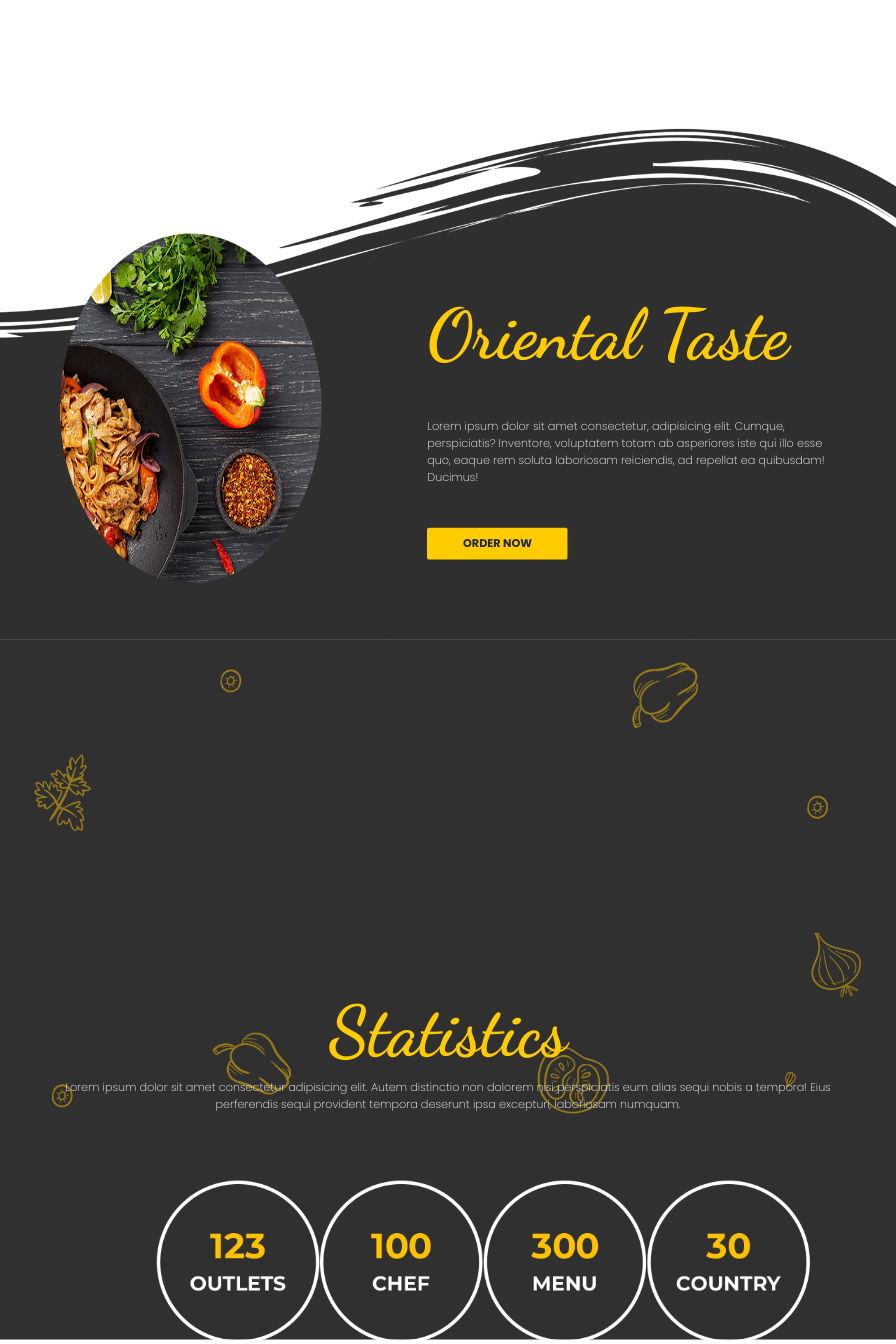
Repository: iphoneboy46/templateRestaurent
Page: index.html
An editor plug-in stored every save of this project. The page is shown before and after the next save, followed by the edit.
The browser window is 1280 px wide. The pictures show the part of the page from y = 1671 to 3591 px (the page is 3591 px tall before and 3585 px after), at 70% of full size.

Above is the page before, as saved 2022-10-12 16:23:46.

### index.html
<!DOCTYPE html>
<html lang="en">

<head>
    <meta charset="UTF-8">
    <meta http-equiv="X-UA-Compatible" content="IE=edge">
    <meta name="viewport" content="width=device-width, initial-scale=1.0">
    <link rel="stylesheet" href="https://cdn.jsdelivr.net/npm/bootstrap@4.3.1/dist/css/bootstrap.min.css"
        integrity="sha384-ggOyR0iXCbMQv3Xipma34MD+dH/1fQ784/j6cY/iJTQUOhcWr7x9JvoRxT2MZw1T" crossorigin="anonymous">
    <script src="https://code.jquery.com/jquery-3.3.1.slim.min.js"
        integrity="sha384-q8i/X+965DzO0rT7abK41JStQIAqVgRVzpbzo5smXKp4YfRvH+8abtTE1Pi6jizo"
        crossorigin="anonymous"></script>
    <script src="https://cdn.jsdelivr.net/npm/popper.js@1.14.7/dist/umd/popper.min.js"
        integrity="sha384-UO2eT0CpHqdSJQ6hJty5KVphtPhzWj9WO1clHTMGa3JDZwrnQq4sF86dIHNDz0W1"
        crossorigin="anonymous"></script>
    <script src="https://cdn.jsdelivr.net/npm/bootstrap@4.3.1/dist/js/bootstrap.min.js"
        integrity="sha384-JjSmVgyd0p3pXB1rRibZUAYoIIy6OrQ6VrjIEaFf/nJGzIxFDsf4x0xIM+B07jRM"
        crossorigin="anonymous"></script>
    <link rel="stylesheet" href="https://cdnjs.cloudflare.com/ajax/libs/font-awesome/6.2.0/css/all.min.css"
        integrity="sha512-xh6O/CkQoPOWDdYTDqeRdPCVd1SpvCA9XXcUnZS2FmJNp1coAFzvtCN9BmamE+4aHK8yyUHUSCcJHgXloTyT2A=="
        crossorigin="anonymous" referrerpolicy="no-referrer" />
    <link rel="stylesheet" href="style.css">
    <title>Document</title>
</head>

<body>
    <header class="header container-fluid">
        <nav class="menu__list pt-3">
           <div class="logo">
                <a class="navbar-brand">
                    <img src="images/logo.png" alt="">
                </a>
           </div>
            <ul class="menu__items">
                <li class="nav-item">
                    <a class="nav-link text-white" href="#">Home</a>
                </li>
                <li class="nav-item">
                    <a class="nav-link text-white" href="#">Product</a>
                </li>
                <li class="nav-item">
                    <a class="nav-link text-white" href="#">Promo</a>
                </li>
                <li class="nav-item">
                    <a class="nav-link text-white" href="#">About</a>
                </li>
                <li class="nav-item">
                    <a class="nav-link text-white" href="#">Contact</a>
                </li>
            </ul>
            <div class="item--search">
                <i class="fa-solid fa-magnifying-glass"></i>
            </div>
        </nav>
        <div class="header__content">
            <h1>Title Here</h1>
            <p>Lorem ipsum dolor sit amet consectetur, adipisicing elit. Cumque, perspiciatis? Inventore, voluptatem totam ab asperiores iste qui illo esse quo, eaque rem soluta laboriosam reiciendis, ad repellat ea quibusdam! Ducimus!</p>
            <button type="button" class="btn">ORDER NOW</button>
        </div>
    </header>
    <section class="section">
        <div class="section__best-seller container">
            <h1>Best seller</h1>
            <p>Lorem ipsum dolor sit amet consectetur adipisicing elit. Autem distinctio non dolorem nisi perspiciatis eum alias sequi nobis a tempora! Eius perferendis sequi provident tempora deserunt ipsa excepturi, laboriosam numquam.</p>
            <div class="section__best-seller--list">
                <div class="section__best-seller--item">
                    <div>
                        <img src="images/img1.png" alt="">
                    </div>
                    <div>
                        <h2>Title Here</h2>
                    </div>
                    <div>
                        <p>Lorem ipsum dolor sit amet consectetur adipisicing elit. </p>
                    </div>
                </div>
                <div class="section__best-seller--item">
                    <div>
                        <img src="images/img2.png" alt="">
                    </div>
                    <div>
                        <h2>Title Here</h2>
                    </div>
                    <div>
                        <p>Lorem ipsum dolor sit amet consectetur adipisicing elit. </p>
                    </div>
                </div>
                <div class="section__best-seller--item">
                    <div>
                        <img src="images/img3.png" alt="">
                    </div>
                    <div>
                        <h2>Title Here</h2>
                    </div>
                    <div>
                        <p>Lorem ipsum dolor sit amet consectetur adipisicing elit. </p>
                    </div>
                </div>
            </div>
        </div>
        <div class="section__Oriental">
           <div class="section__Oriental--content container">
                <div class="section__Oriental--img">
                    <img src="images/img8.png" alt="">
                </div>
                <div class="section__Oriental--title">
                    <h1>Oriental Taste</h1>
                    <p>Lorem ipsum dolor sit amet consectetur, adipisicing elit. Cumque, perspiciatis? Inventore, voluptatem totam ab asperiores iste qui illo esse quo, eaque rem soluta laboriosam reiciendis, ad repellat ea quibusdam! Ducimus!</p>
                    <button type="button" class="btn">ORDER NOW</button>
                </div>
           </div>
        </div>
        <div class="section__Statistics">
            <div class="section__Statistics--title container">
                <h1>Statistics</h1>
                <p>Lorem ipsum dolor sit amet consectetur adipisicing elit. Autem distinctio non dolorem nisi perspiciatis eum alias sequi nobis a tempora! Eius perferendis sequi provident tempora deserunt ipsa excepturi, laboriosam numquam.</p>
            </div>
            <div class="section__Statistics--img">
                <img src="images/img7.png" alt="">
                <img src="images/img6.png" alt="">
                <img src="images/img5.png" alt="">
                <img src="images/img4.png" alt="">

            </div>
        </div>
    </section>
</body>

</html>

### style.css
@import url('https://fonts.googleapis.com/css2?family=Poppins:wght@200&display=swap');
@import url('https://fonts.googleapis.com/css2?family=Dancing+Script:wght@700&family=Great+Vibes&family=Pacifico&family=Poppins:wght@200;700&family=Yellowtail&display=swap');
@import url('https://fonts.googleapis.com/css2?family=Dancing+Script:wght@700&family=Pacifico&family=Poppins:wght@200&display=swap');


* {
    padding: 0;
    margin: 0;
    box-sizing: border-box;
    font-family: 'Poppins', sans-serif;
    text-decoration: none;
    list-style: none;
}

.logo {
    width: 30%;
}

.header {
    background-image: url(images/header.png);
    width: 100%;
    height: 1000px;
    background-size: 100%;
    background-repeat: no-repeat;
    object-fit: fill;
}

.menu__list {
    display: flex;
    justify-content: space-between;
    align-items: center;
}

.menu__items {
    display: flex;
    justify-content: space-between;
    align-items: center;
    width: 50%;
}

.menu__items li a {
    font-size: 30px;
}


.item--search i {
    margin-right: 10px;
    color: white;
    font-size: 30px;
}

.header__content {
    width: 635px;
    position: absolute;
    top: 50%;
    left: 65%;
    transform: translate(-50%, -50%)
}



.header__content h1 {
    color: #ffcc00;
    font-size: 130px;
    font-weight: bold;
    font-family: 'Dancing Script', sans-serif;
}

.header__content p {
    font-size: 18px;
    color: white;
    line-height: 30px;
    margin-top: 30px;
    margin-bottom: 30px;
}

.header__content .btn {
    background-color: #ffcc00;
    font-weight: 800;
    padding: 10px 50px;
}

.section {
    margin-top: 140px;
}

.section__best-seller h1 {
    text-align: center;
    font-size: 50px;
    font-family: 'Dancing Script', sans-serif;
}

.section__best-seller p {
    text-align: center;
    font-weight: 500;
    margin-top: 20px;
    margin-bottom: 40px;
}

.section__best-seller--list {
    display: flex;
    justify-content: space-between;
    align-items: center;
}

.section__best-seller--item {
    display: flex;
    flex-direction: column;
    justify-content: space-around;
    align-items: center;
}

.section__best-seller--item h2 {
    text-align: center;
    margin-top: 5px;
    font-family: 'Dancing Script', sans-serif;
    font-weight: bolder;
}

.section__Oriental {
    margin-top: 150px;
    background-image: url(images/Design3.png);
    width: 100%;
    background-repeat: no-repeat;
    background-size: 100%;
    padding-bottom: 80px;
}

.section__Oriental--content {
    display: flex;
    justify-content: space-between;
    align-items: center;
}

.section__Oriental--img {
    margin-top:150px;
    width: 100%;
    height: 500px;
}

.section__Oriental--img img {
    width: 100%;
    height: 100%;
}

.section__Oriental--title{
    margin-left:150px;
    margin-top: 200px;
}


.section__Oriental--title h1 {
    color: #ffcc00;
    font-size: 100px;
    font-weight: bold;
    font-family: 'Dancing Script', sans-serif;
}

.section__Oriental--title p {
    color: white;
    font-size:16px;
    margin-top: 60px;
    margin-bottom: 60px;
}

.section__Oriental--title .btn {
    background-color: #ffcc00;
    font-weight: 800;
    padding: 10px 50px;
}

.section__Statistics{
    background-image: url(images/Design2.png);
    background-color: #303030;
    background-repeat: no-repeat;
    background-size: 100%;
    padding-top: 500px;
    width: 100%;
    height: 1000px;
}

.section__Statistics--title h1{
    color: #ffcc00;
    font-size: 100px;
    font-weight: bold;
    font-family: 'Dancing Script', sans-serif;
    text-align: center;
}

.section__Statistics--title p {
    text-align: center;
    color: white;
}

.section__Statistics--img{
    width: 65%;
    margin: auto;
    display: flex;
    justify-content: space-between;
    align-items: center;
    margin-top: 97px;
}

After the next save:
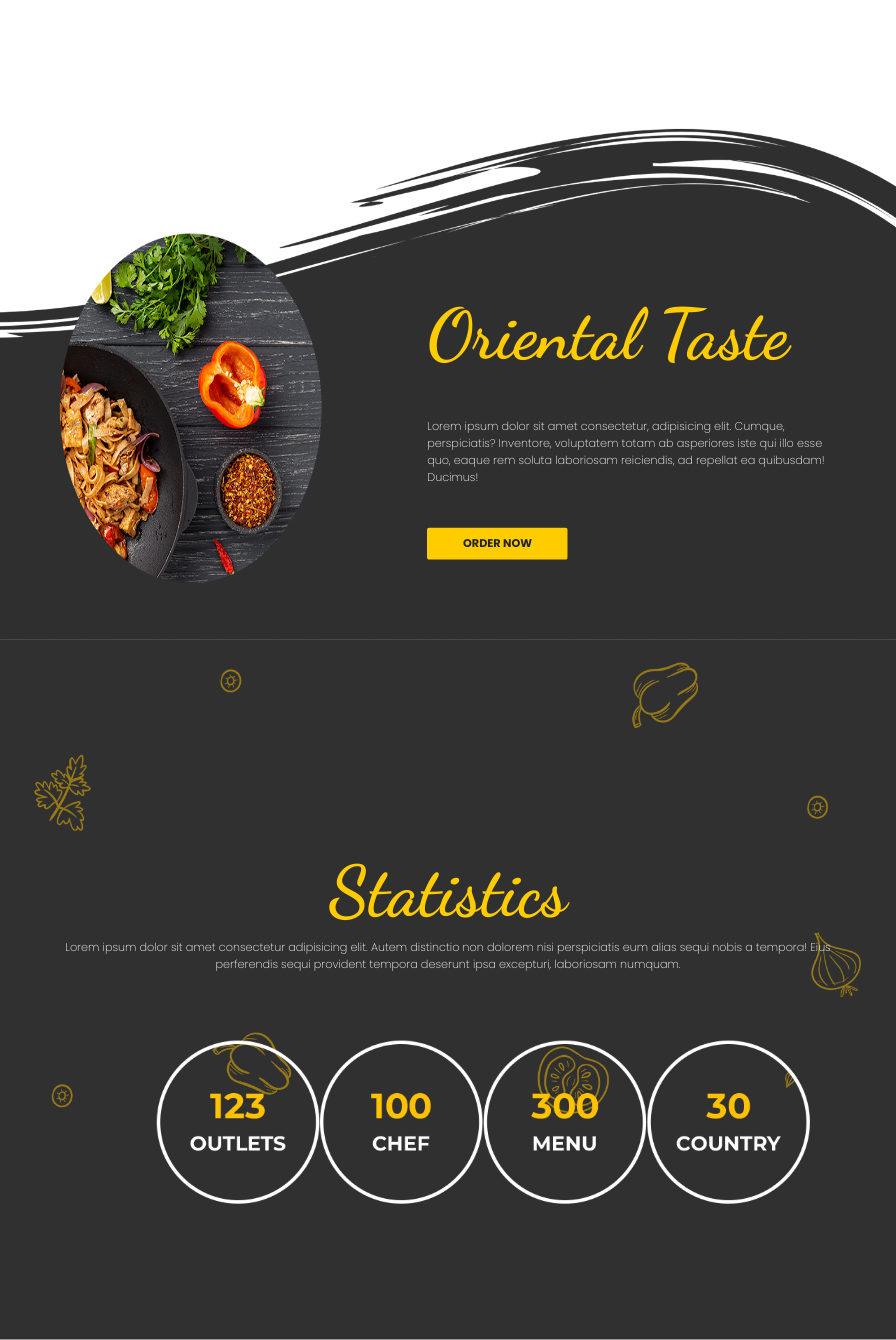
Saved 7 s later.
--- a/style.css
+++ b/style.css
@@ -174,7 +174,7 @@
     background-color: #303030;
     background-repeat: no-repeat;
     background-size: 100%;
-    padding-top: 500px;
+    padding-top: 300px;
     width: 100%;
     height: 1000px;
 }
